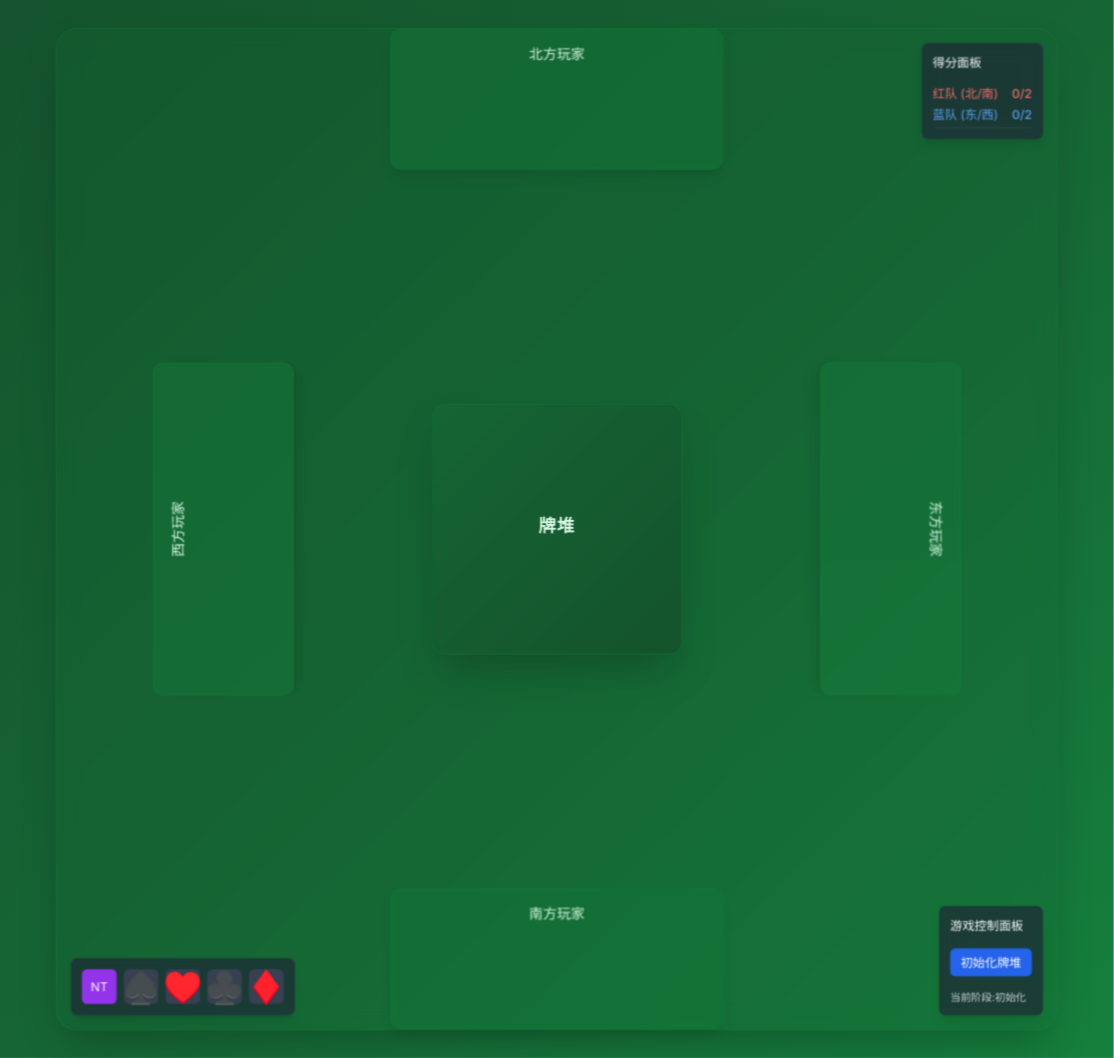
Repository: laofansay/Tractor80
Page: /
An editor plug-in stored every save of this project. The page is shown before and after the next save, followed by the edit.
The browser window is 1280 px wide. The pictures show the whole page, at 87% of full size.
The project was rebuilt for these pictures with package versions that can differ from the ones it lists, and the page was loaded fresh each time. The framework's server and built-in components were replaced by stand-ins that run in the browser. Also part of the build but not shown: next.config.js, app/components/Card.tsx.

Above is the page before, as saved 2025-03-10 21:23:33.

After the next save:
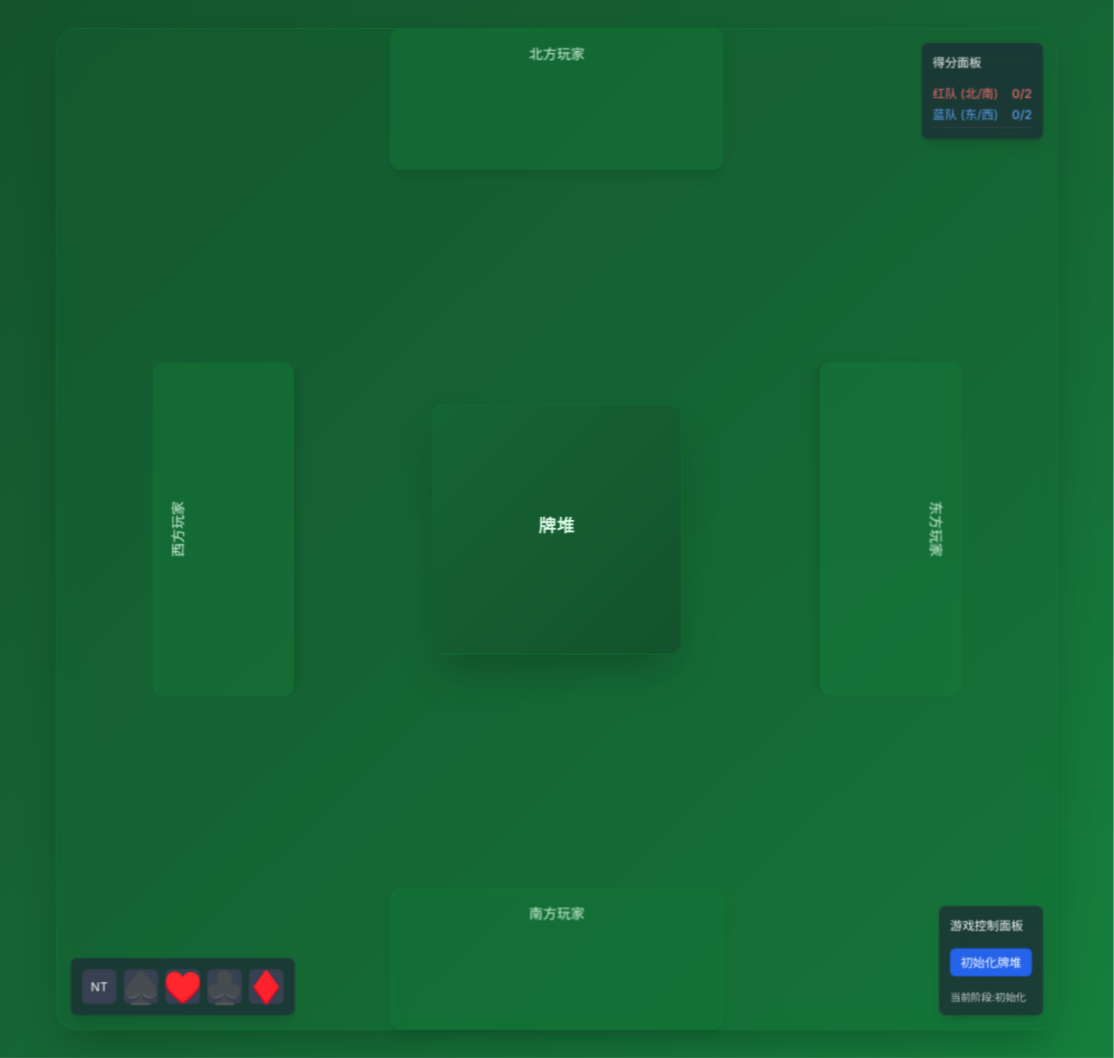
Saved 2 min 15 s later.
--- a/app/components/TrumpSelectionPanel.tsx
+++ b/app/components/TrumpSelectionPanel.tsx
@@ -21,7 +21,7 @@ export function TrumpSelectionPanel({ onSelectTrump, gamePhase, availableSuits,
         <div className="flex flex-row gap-2">
           <button
             onClick={() => trumpSuit.length === 0 ? onSelectTrump('NT') : null}
-            className={`w-10 h-10 ${trumpSuit.length === 0 ? 'bg-purple-600 hover:bg-purple-500 cursor-pointer' : 'bg-gray-700 cursor-not-allowed'} text-white rounded-md transition-colors text-sm flex items-center justify-center`}
+            className={`w-10 h-10 ${trumpSuit.length === 0 && availableSuits.includes('S') ? 'bg-red-600 hover:bg-red-500 cursor-pointer' : 'bg-gray-700 cursor-not-allowed'} text-white rounded-md transition-colors text-sm flex items-center justify-center`}
             title="无主"
             disabled={trumpSuit.length > 0 || !availableSuits.includes('NT')}
           >
